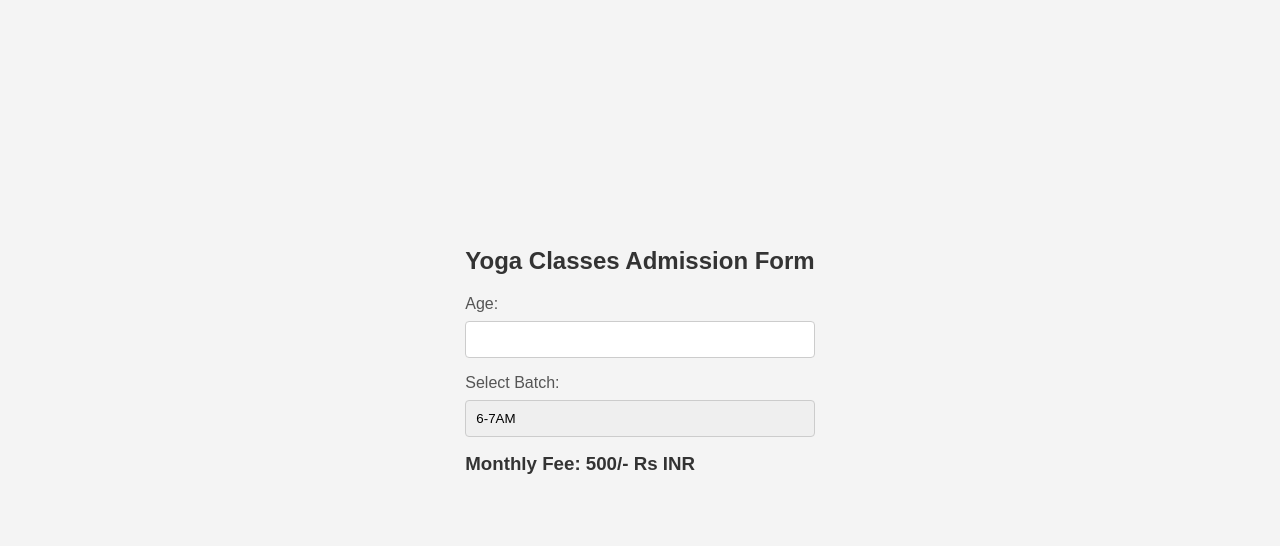
Repository: psbro/flexmoney
Page: / (app in yoga-admission-form/)
These files come from the project's save history. The page is drawn as it stood at one moment and after the next save; the edit follows.
The browser window is 1280 px wide. The pictures show the whole page.
The project was rebuilt for these pictures with package versions that can differ from the ones it lists, and the page was loaded fresh each time.

Above is the page before, as saved 2023-12-18 09:24:51.

### yoga-admission-form/src/App.js
import React from 'react';
import AdmissionForm from './components/AdmissionForm';
import './App.css';

const App = () => {
  return (
    <div>
      <AdmissionForm />
    </div>
  );
};

export default App;

### yoga-admission-form/src/components/AdmissionForm.js

import React from 'react';
import AgeInput from './AgeInput';
import BatchSelection from './BatchSelection';
import FeePayment from './FeePayment';

const AdmissionForm = () => {
  return (
    <div>
      <h2>Yoga Classes Admission Form</h2>
      <AgeInput />
      <BatchSelection />
      <FeePayment />
    </div>
  );
};

export default AdmissionForm;

### yoga-admission-form/src/App.css
/* App.css */

body {
    font-family: 'Arial', sans-serif;
    background-color: #f4f4f4;
    margin: 0;
    padding: 0;
    display: flex;
    align-items: center;
    justify-content: center;
    height: 100vh;
  }

  .container {
    width: 50%;
    background-color: #fff;
    padding: 20px;
    border-radius: 8px;
    box-shadow: 0 0 10px rgba(0, 0, 0, 0.1);
  }

  h2 {
    color: #333;
    font-size: 24px;
    text-align: center;
    margin-bottom: 20px;
  }

  label {
    display: block;
    margin-bottom: 8px;
    color: #555;
  }

  input,
  select {
    width: 100%; /* Adjusted width to 100% for full-width input */
    padding: 10px;
    margin-bottom: 16px;
    box-sizing: border-box;
    border: 1px solid #ccc;
    border-radius: 4px;
  }

  select {
    appearance: none;
  }

  button {
    background-color: #4caf50;
    color: #fff;
    padding: 10px 15px;
    border: none;
    border-radius: 4px;
    cursor: pointer;
  }

  button:hover {
    background-color: #45a049;
  }

  h3 {
    color: #333;
    margin-top: 0;
  }

### yoga-admission-form/src/components/AgeInput.js
// AgeInput.js
import React, { useState } from 'react';

const AgeInput = ({ onAgeChange }) => {
  const [age, setAge] = useState('');

  const handleAgeChange = (e) => {
    const newAge = parseInt(e.target.value, 10);
    setAge(newAge);
    onAgeChange(newAge);
  };

  return (
    <div>
      <label htmlFor="age">Age:</label>
      <input
        type="number"
        id="age"
        value={age}
        onChange={handleAgeChange}
        min="18"
        max="65"
      />
    </div>
  );
};

export default AgeInput;

### yoga-admission-form/src/components/BatchSelection.js
// BatchSelection.js
import React, { useState } from 'react';

const BatchSelection = ({ onBatchChange }) => {
  const [selectedBatch, setSelectedBatch] = useState('');

  const handleBatchChange = (e) => {
    const newBatch = e.target.value;
    setSelectedBatch(newBatch);
    onBatchChange(newBatch);
  };

  return (
    <div>
      <label htmlFor="batch">Select Batch:</label>
      <select id="batch" value={selectedBatch} onChange={handleBatchChange}>
        <option value="6-7AM">6-7AM</option>
        <option value="7-8AM">7-8AM</option>
        <option value="8-9AM">8-9AM</option>
        <option value="5-6PM">5-6PM</option>
      </select>
    </div>
  );
};

export default BatchSelection;

### yoga-admission-form/src/components/FeePayment.js
import React from 'react';

const FeePayment = () => {
  return (
    <div>
      <h3>Monthly Fee: 500/- Rs INR</h3>
      {/* Add payment functionality here */}
    </div>
  );
};

export default FeePayment;

Loaded but not shown: yoga-admission-form/public/index.html (common file); yoga-admission-form/src/index.js (common file)

After the next save:
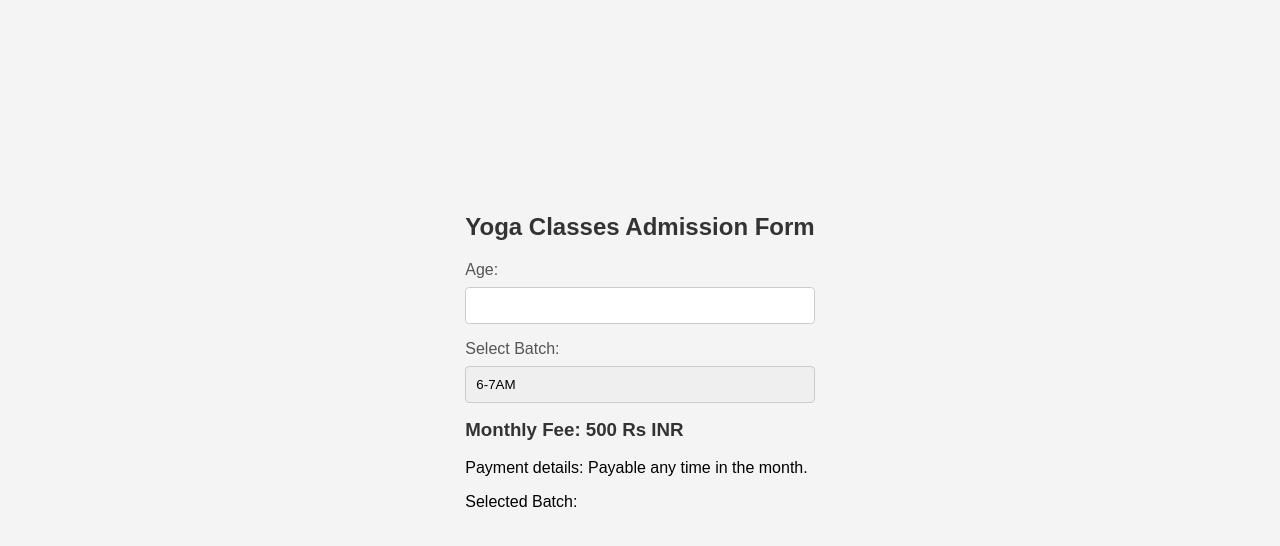
Saved 15 s later.
--- a/yoga-admission-form/src/components/FeePayment.js
+++ b/yoga-admission-form/src/components/FeePayment.js
@@ -1,10 +1,16 @@
+// FeePayment.js
 import React from 'react';
 
-const FeePayment = () => {
+const FeePayment = ({ age, batch }) => {
+  const monthlyFee = 500;
+  const discount = age >= 50 ? 0.2 : 0; // 20% discount for age 50 and above
+  const discountedFee = monthlyFee - monthlyFee * discount;
+
   return (
     <div>
-      <h3>Monthly Fee: 500/- Rs INR</h3>
-      {/* Add payment functionality here */}
+      <h3>Monthly Fee: {discountedFee} Rs INR</h3>
+      <p>Payment details: Payable any time in the month.</p>
+      <p>Selected Batch: {batch}</p>
     </div>
   );
 };
